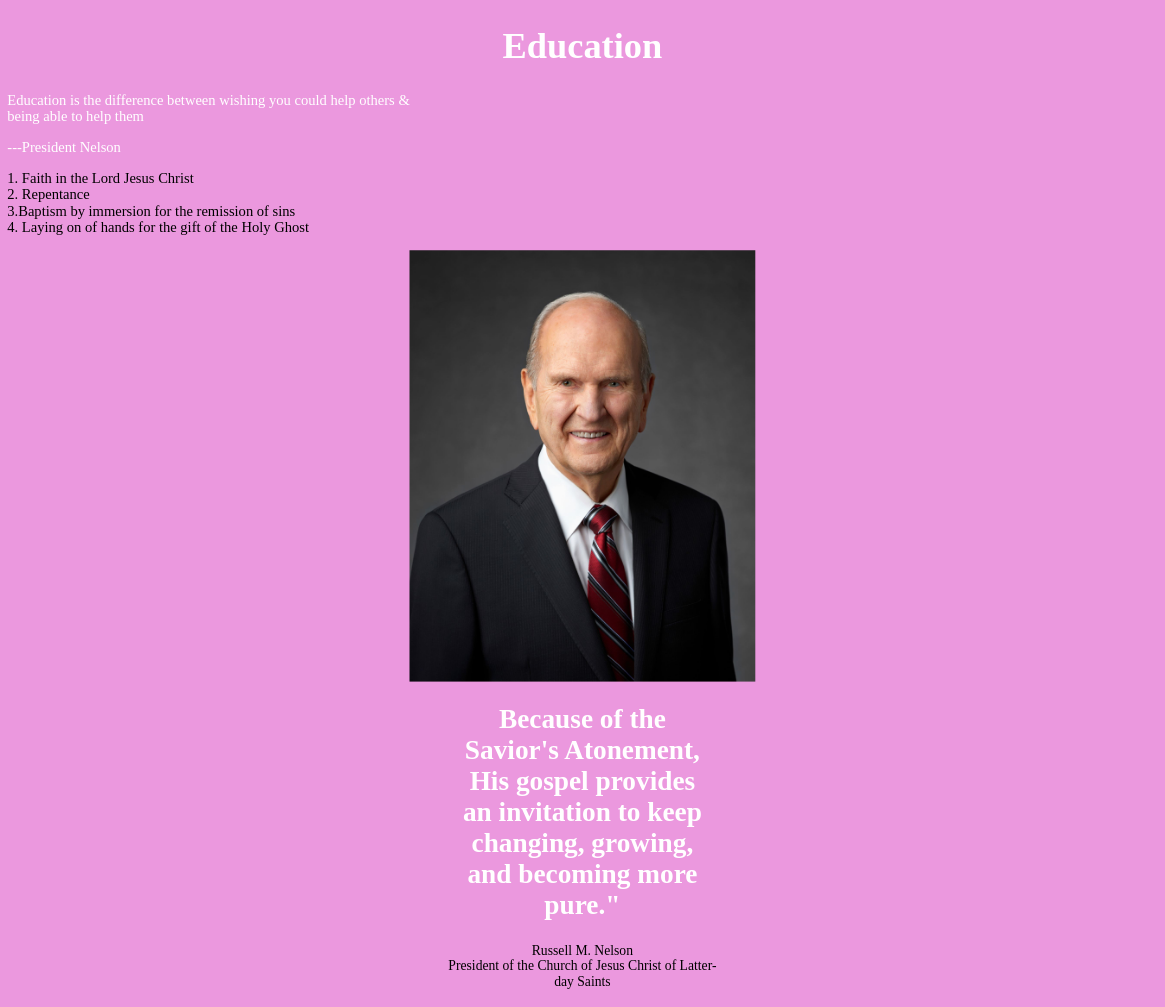
Repository: mszakutumela/wdd130
Page: W04_Challenge/index.html
An editor plug-in stored every save of this project. The page is shown before and after the next save, followed by the edit.
The browser window is 1280 px wide. The pictures show the whole page, at 91% of full size.

Above is the page before, as saved 2023-06-05 12:50:34.

After the next save:
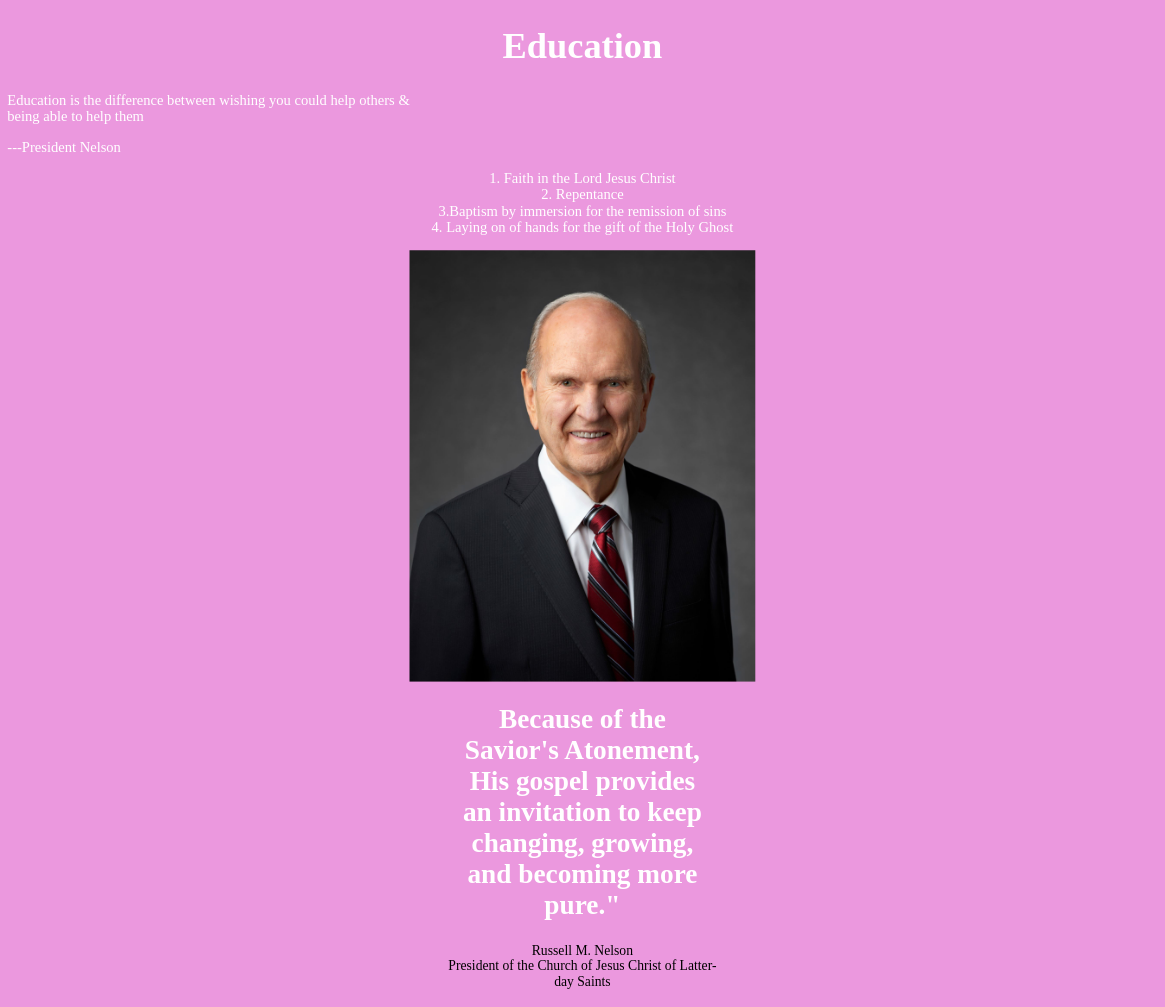
Saved 39 s later.
--- a/W04_Challenge/index.html
+++ b/W04_Challenge/index.html
@@ -10,7 +10,7 @@
         <p1>Education is the difference between wishing you could help others & <br>
             being able to help them</P>
         <p2>---President Nelson</p>
-        <p3> 1. Faith in the Lord Jesus Christ <br>
+        <p> 1. Faith in the Lord Jesus Christ <br>
             2. Repentance <br>
             3.Baptism by immersion for the remission of sins <br>
             4. Laying on of hands for the gift of the Holy Ghost</p>
